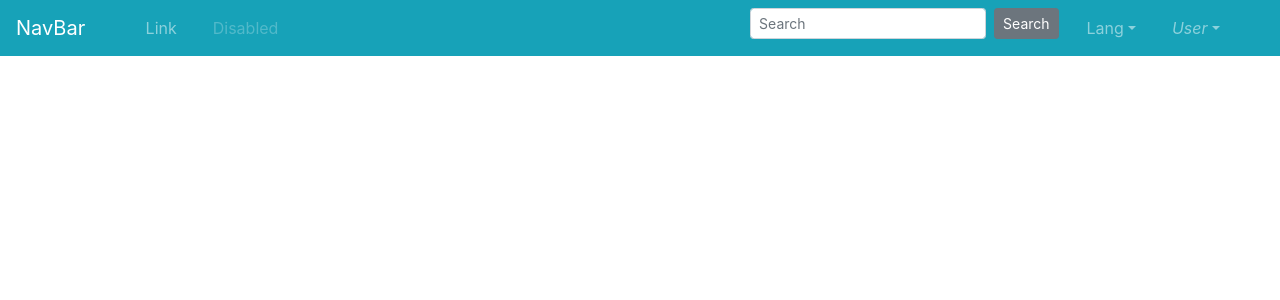
Repository: Funnyrz/vue-nav
Page: /
The author's editor kept a copy of each file at every save. The page is drawn from the files as they stood at one save, then again after the next save.
The browser window is 1280 px wide. The pictures show the whole page.
The project was rebuilt for these pictures with package versions that can differ from the ones it lists, and the page was loaded fresh each time.

Above is the page before, as saved 2020-08-24 22:39:30.

### public/index.html
<!DOCTYPE html>
<html lang="en">
  <head>
    <meta charset="utf-8">
    <meta http-equiv="X-UA-Compatible" content="IE=edge">
    <meta name="viewport" content="width=device-width,initial-scale=1.0">
    <link rel="icon" href="<%= BASE_URL %>favicon.ico">
    <title>vue-pic</title>
  </head>
  <body>
    <noscript>
      <strong>We're sorry but vue-pic doesn't work properly without JavaScript enabled. Please enable it to continue.</strong>
    </noscript>
    <div id="app"></div>
    <!-- built files will be auto injected -->
  </body>
</html>

### src/main.js
import Vue from 'vue'
import App from './App.vue'
import 'bootstrap/dist/css/bootstrap.css'
import 'bootstrap-vue/dist/bootstrap-vue.css'
import BootstrapVue from 'bootstrap-vue'
// ES Modules syntax

// require syntax

Vue.use(BootstrapVue)
Vue.config.productionTip = false

new Vue({
  render: h => h(App),
}).$mount('#app')

### src/App.vue
<template>
  <div id="app">
    <HelloWorld msg="Welcome to Your Vue.js App" />
  </div>
</template>

<script>
import HelloWorld from "./components/HelloWorld.vue";

export default {
  name: "app",
  components: {
    HelloWorld
  }
};
</script>

<style>
</style>

### src/components/HelloWorld.vue
<template>
  <div class="hello">
    <div>
      <b-navbar toggleable="lg" type="dark" variant="info">
        <b-navbar-brand href="#">NavBar</b-navbar-brand>

        <b-navbar-toggle target="nav-collapse"></b-navbar-toggle>
        <b-container>
          <b-collapse id="nav-collapse" is-nav>
            <b-navbar-nav>
              <b-nav-item href="#">Link</b-nav-item>
              <b-nav-item href="#" disabled>Disabled</b-nav-item>
            </b-navbar-nav>

            <!-- Right aligned nav items -->
            <b-navbar-nav class="ml-auto">
              <b-nav-form>
                <b-form-input size="sm" class="mr-sm-2" placeholder="Search"></b-form-input>
                <b-button size="sm" class="my-2 my-sm-0" type="submit">Search</b-button>
              </b-nav-form>

              <b-nav-item-dropdown text="Lang" right>
                <b-dropdown-item href="#">EN</b-dropdown-item>
                <b-dropdown-item href="#">ES</b-dropdown-item>
                <b-dropdown-item href="#">RU</b-dropdown-item>
                <b-dropdown-item href="#">FA</b-dropdown-item>
              </b-nav-item-dropdown>

              <b-nav-item-dropdown right>
                <!-- Using 'button-content' slot -->
                <template v-slot:button-content>
                  <em>User</em>
                </template>
                <b-dropdown-item href="#">Profile</b-dropdown-item>
                <b-dropdown-item href="#">Sign Out</b-dropdown-item>
              </b-nav-item-dropdown>
            </b-navbar-nav>
          </b-collapse>
        </b-container>
      </b-navbar>
    </div>
  </div>
</template>

<script>
export default {
  name: "HelloWorld",
  props: {
    msg: String
  },
  mounted() {}
};
</script>

<!-- Add "scoped" attribute to limit CSS to this component only -->
<style scoped>
h3 {
  margin: 40px 0 0;
}
ul {
  list-style-type: none;
  padding: 0;
}
li {
  display: inline-block;
  margin: 0 10px;
}
a {
  color: #42b983;
}
</style>

After the next save:
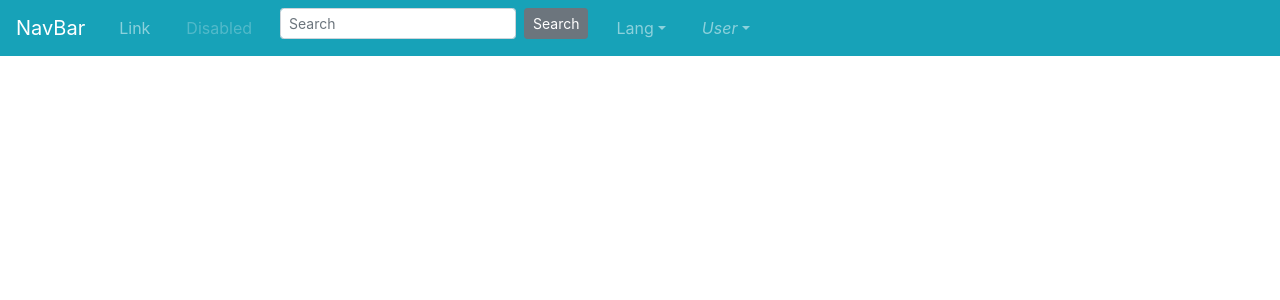
Saved 29 s later.
--- a/src/components/HelloWorld.vue
+++ b/src/components/HelloWorld.vue
@@ -5,7 +5,7 @@
         <b-navbar-brand href="#">NavBar</b-navbar-brand>
 
         <b-navbar-toggle target="nav-collapse"></b-navbar-toggle>
-        <b-container>
+        <b-container fluid="sm">
           <b-collapse id="nav-collapse" is-nav>
             <b-navbar-nav>
               <b-nav-item href="#">Link</b-nav-item>
